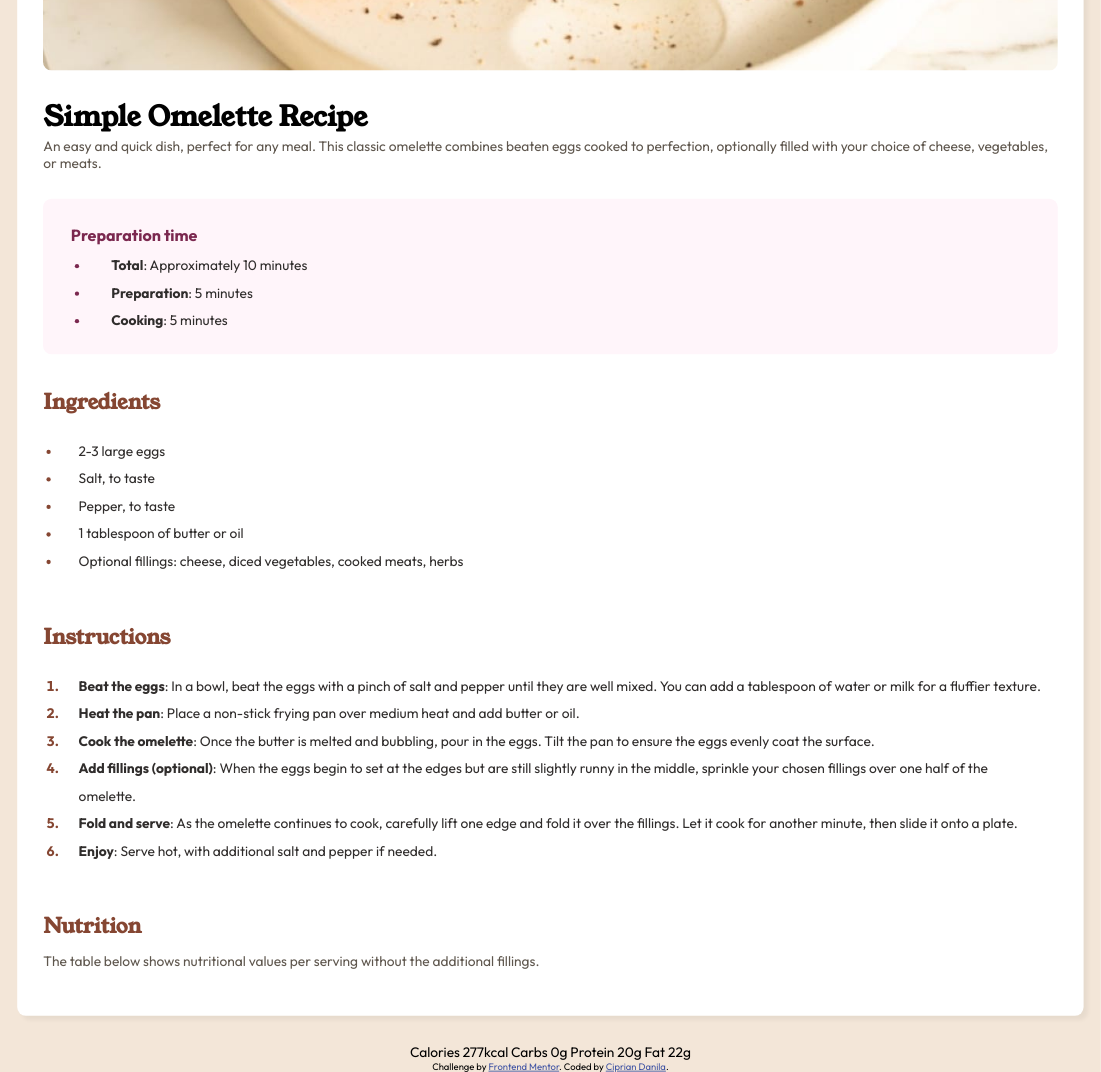
Repository: cipdanila/recipe-page
Page: index.html
An editor plug-in stored every save of this project. The page is shown before and after the next save, followed by the edit.
The browser window is 1280 px wide. The pictures show the whole page, at 86% of full size.

Above is the page before, as saved 2024-01-21 20:23:39.

### index.html
<!DOCTYPE html>
<html lang="en">
    <head>
        <meta charset="UTF-8" />
        <meta name="viewport" content="width=device-width, initial-scale=1.0" />
        <!-- displays site properly based on user's device -->

        <link rel="icon" type="image/png" sizes="32x32" href="./assets/images/favicon-32x32.png" />
        <link rel="stylesheet" href="styles.css" />

        <title>Frontend Mentor | Recipe page</title>
    </head>
    <body>
        <main>
            <div class="container">
                <img src="./assets/images//image-omelette.jpeg" alt="image-omlette" />
                <div class="intro-section">
                    <h1>Simple Omelette Recipe</h1>
                    <p>
                        An easy and quick dish, perfect for any meal. This classic omelette combines beaten eggs cooked to
                        perfection, optionally filled with your choice of cheese, vegetables, or meats.
                    </p>
                </div>
                <div class="prep-container">
                    <h3>Preparation time</h3>
                    <ul>
                        <li><span>Total</span>: Approximately 10 minutes</li>
                        <li><span>Preparation</span>: 5 minutes</li>
                        <li><span>Cooking</span>: 5 minutes</li>
                    </ul>
                </div>
                <div class="ingredients-container">
                    <h2>Ingredients</h2>
                    <ul>
                        <li>2-3 large eggs</li>
                        <li>Salt, to taste</li>
                        <li>Pepper, to taste</li>
                        <li>1 tablespoon of butter or oil</li>
                        <li>Optional fillings: cheese, diced vegetables, cooked meats, herbs</li>
                    </ul>
                </div>
                <hr />
                <div class="instructions-container">
                    <h2>Instructions</h2>
                    <ol>
                        <li>
                            <strong>Beat the eggs</strong>: In a bowl, beat the eggs with a pinch of salt and pepper until they
                            are well mixed. You can add a tablespoon of water or milk for a fluffier texture.
                        </li>
                        <li>
                            <strong>Heat the pan</strong>: Place a non-stick frying pan over medium heat and add butter or oil.
                        </li>
                        <li>
                            <strong>Cook the omelette</strong>: Once the butter is melted and bubbling, pour in the eggs. Tilt the
                            pan to ensure the eggs evenly coat the surface.
                        </li>
                        <li>
                            <strong>Add fillings (optional)</strong>: When the eggs begin to set at the edges but are still
                            slightly runny in the middle, sprinkle your chosen fillings over one half of the omelette.
                        </li>
                        <li>
                            <strong>Fold and serve</strong>: As the omelette continues to cook, carefully lift one edge and fold
                            it over the fillings. Let it cook for another minute, then slide it onto a plate.
                        </li>
                        <li><strong>Enjoy</strong>: Serve hot, with additional salt and pepper if needed.</li>
                    </ol>
                </div>
                <div class="instructions-container">
                    <h2>Nutrition</h2>
                    <p>The table below shows nutritional values per serving without the additional fillings.</p>
                    <table></table>
                </div>
                <hr />
            </div>
        </main>

        Calories 277kcal Carbs 0g Protein 20g Fat 22g
        <footer>
            <div class="attribution">
                Challenge by
                <a href="https://www.frontendmentor.io?ref=challenge" target="_blank" rel="noopener">Frontend Mentor</a>. Coded by
                <a href="https://github.com/cipdanila" target="_blank" rel="noopener noreferrer">Ciprian Danila</a>.
            </div>
        </footer>
    </body>
</html>

### styles.css
@import url("https://fonts.googleapis.com/css2?family=Outfit:wght@400;600;700&family=Young+Serif&display=swap");

* {
    margin: 0;
    padding: 0;
    box-sizing: border-box;
}

:root {
    /* Primary Colors */
    --nutmeg: hsl(14, 45%, 36%);            /* h2 */
    --dark-raspberry: hsl(332, 51%, 32%);   /* h3 */
    /* Neutral Colors */
    --white: hsl(0, 0%, 100%);              /* main container */
    --rose-white: hsl(330, 100%, 98%);      /* second container */
    --eggshell: hsl(30, 54%, 90%);          /* body */
    --light-grey: hsl(30, 18%, 87%);        /* shadow */
    --wenge-brown: hsl(30, 10%, 34%);       /* regular font */
    --dark-charcoal: hsl(24, 5%, 18%);      /* bold font */
    /* Fonts */
    --font-heads: 'Young Serif', sans-serif;
    --font-body: 'Outfit', sans-serif;
}

body {
    font-family: var(--font-body);
    font-size: 16px;
    background-color: var(--eggshell);
    display: flex;
    flex-direction: column;
    align-items: center;
    justify-content: center;
    height: calc(100vh - 1px);
    margin: 1.25rem;
}

img {
    max-width: 100%;
}

h1, h2 {
    font-family: var(--font-heads);
}

h2 {
    color: var(--nutmeg);
}

h3 {
    font-family: var(--font-body);
    color: var(--dark-raspberry);
}

p {
    color: var(--wenge-brown);
}

.container {
    background-color: var(--white);
    padding: 1.90rem;
    border-radius: 0.625rem;
    box-shadow: 5px 5px 5px rgba(0, 0, 0, 0.05);
    display: flex;
    flex-direction: column;
    align-items: center;
    margin-bottom: 2rem;
}

.container img {
    border-radius: 0.625rem;
    margin-bottom: 1rem;
}

.intro-section {
    display: flex;
    flex-direction: column;
    align-items: flex-start;
    width: 100%;
    margin: 1rem;
}

.prep-container {
    width: 100%;
    display: flex;
    flex-direction: column;
    align-items: flex-start;
    background-color: var(--rose-white);
    border-radius: 0.625rem;
    margin: 1rem auto 1rem;
    padding: 1.5rem 2rem;
    line-height: 2;
}

.prep-container ul {
    list-style-position: inside;
    padding-left: 5px;
}

.prep-container ul li::marker {
    color: var(--dark-raspberry);
}

.prep-container ul li {
    color: var(--dark-charcoal);
}

.prep-container ul li span {
    font-weight: 700;
    color: var(--dark-charcoal);
    margin-left: 1.25rem;
}

.ingredients-container {
    width: 100%;
    display: flex;
    flex-direction: column;
    align-items: flex-start;
    border-radius: 0.625rem;
    margin: 1rem auto 1rem;
    line-height: 2;
}

.ingredients-container ul {
    padding-left: 5px;
    margin: 1rem;
}

.ingredients-container ul li::marker {
    color: var(--nutmeg);
}

.ingredients-container ul li {
    color: var(--dark-charcoal);
    padding-left: 20px;
}

.ingredients-container ul li span {
    font-weight: 700;
    color: var(--dark-charcoal);
    margin-left: 1.5rem;
}

.instructions-container {
    width: 100%;
    display: flex;
    flex-direction: column;
    align-items: flex-start;
    border-radius: 0.625rem;
    margin: 1rem auto 1rem;
    line-height: 2;
}

.instructions-container ol {
    padding-left: 5px;
    margin: 1rem;
}

.instructions-container ol li::marker {
    color: var(--nutmeg);
    font-weight: bold;
}

.instructions-container ol li {
    color: var(--dark-charcoal);
    padding-left: 20px;
}

.instructions-container ol li span {
    font-weight: 700;
    color: var(--dark-charcoal);
    margin-left: 1.5rem;
}

.container hr {
    align-self: center;
    height: 1px;
    background: var(--light-grey);
    border: medium;
}

.attribution {
    font-size: 11px;
    text-align: center;
}

.attribution a {
    color: hsl(228, 45%, 44%);
}

@media (min-width: 375px) {
/**/
}

After the next save:
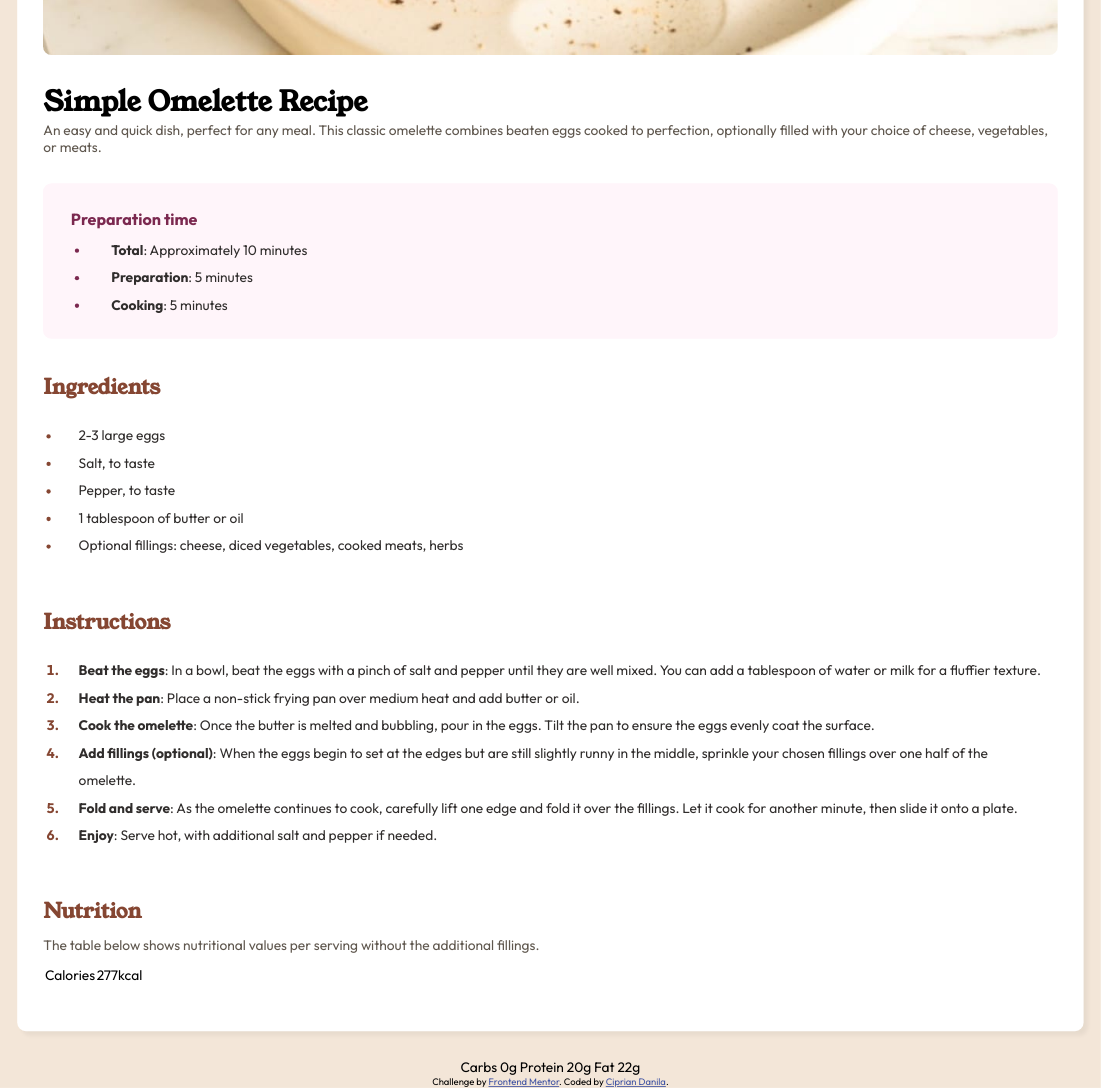
Saved 37 s later.
--- a/index.html
+++ b/index.html
@@ -68,13 +68,18 @@
                 <div class="instructions-container">
                     <h2>Nutrition</h2>
                     <p>The table below shows nutritional values per serving without the additional fillings.</p>
-                    <table></table>
+                    <table>
+                      <tr>
+                        <td>Calories</td>
+                        <td>277kcal</td>
+                      </tr>
+                    </table>
                 </div>
                 <hr />
             </div>
         </main>
 
-        Calories 277kcal Carbs 0g Protein 20g Fat 22g
+          Carbs 0g Protein 20g Fat 22g
         <footer>
             <div class="attribution">
                 Challenge by
